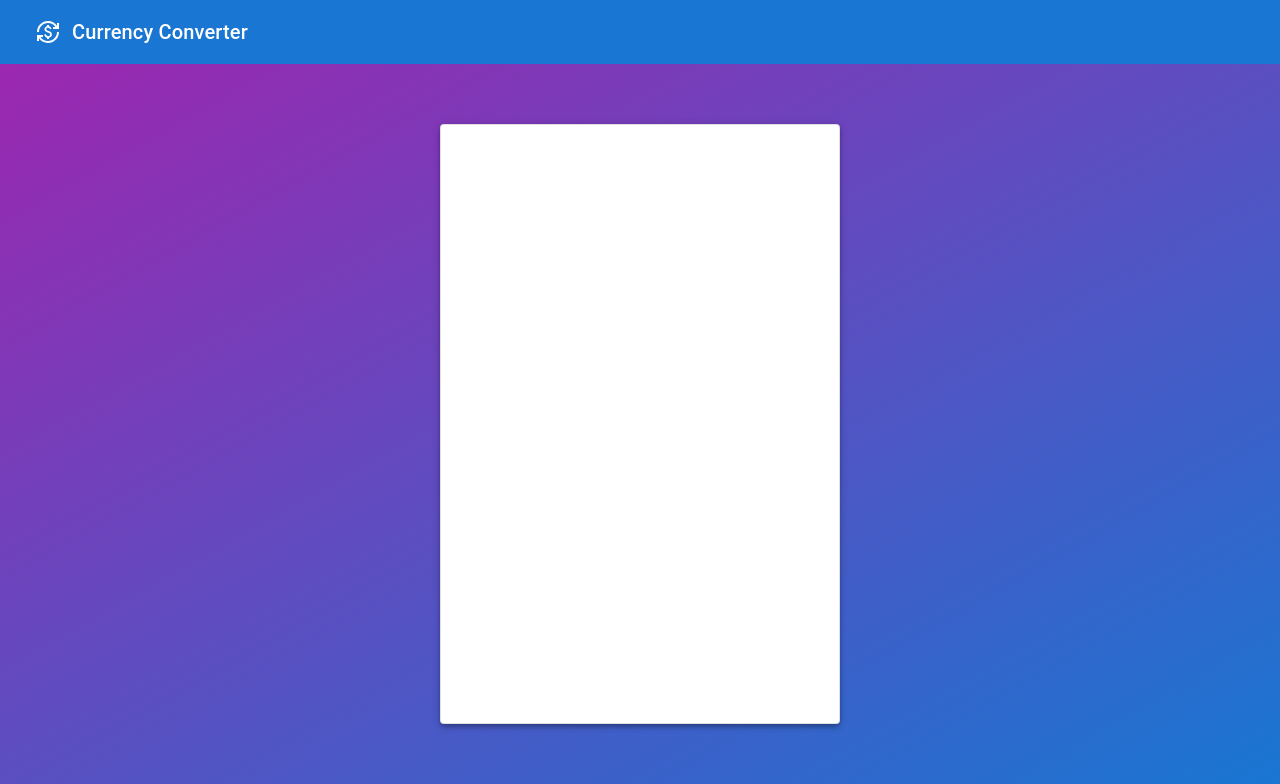
Repository: rutsguifd/currency-converter
Page: /
An editor plug-in stored every save of this project. The page is shown before and after the next save, followed by the edit.
The browser window is 1280 px wide. The pictures show the whole page.
The project was rebuilt for these pictures with package versions that can differ from the ones it lists, and the page was loaded fresh each time. Also part of the build but not shown: src/components/ErrorBoundary.jsx.

Above is the page before, as saved 2023-03-27 23:42:52.

### src/index.js
import { CssBaseline } from "@mui/material";
import React from "react";
import ReactDOM from "react-dom/client";
import { Provider } from "react-redux";
import { BrowserRouter } from "react-router-dom";
import App from "./App";
import { setupStore } from "./store";

const store = setupStore();

const root = ReactDOM.createRoot(document.getElementById("root"));
root.render(
  <Provider store={store}>
    <BrowserRouter>
      <CssBaseline>
        <App />
      </CssBaseline>
    </BrowserRouter>
  </Provider>
);

### src/App.js
import AppRouter from "./router/AppRouter";

function App() {
  return (
    <>
      <AppRouter />
    </>
  );
}

export default App;

### src/store/index.js
import { combineReducers, configureStore } from "@reduxjs/toolkit";
import { ConverterAPI } from "./ConverterService";

const rootReducer = combineReducers({
  [ConverterAPI.reducerPath]: ConverterAPI.reducer,
});

export const setupStore = () => {
  return configureStore({
    reducer: rootReducer,
    middleware: (getDefaultMiddleware) =>
      getDefaultMiddleware().concat(ConverterAPI.middleware),
  });
};

### src/router/AppRouter.jsx
import React from "react";
import { Route, Routes } from "react-router-dom";
import ErrorBoundary from "../components/ErrorBoundary";
import HomePage from "../pages/HomePage";

const AppRouter = () => {
  return (
    <Routes>
      <Route path="/" element={<HomePage />} />
      <Route path="/error" element={<ErrorBoundary />} />
    </Routes>
  );
};

export default AppRouter;

### src/store/ConverterService.js
import { createApi, fetchBaseQuery } from "@reduxjs/toolkit/dist/query/react";

const BASE_URL = "https://api.apilayer.com/exchangerates_data/";

const BASE_QUERY = fetchBaseQuery({
  baseUrl: BASE_URL,
  prepareHeaders: (headers) => {
    headers.set("apikey", "3yTPGVUhUYyAGGgNkKb2MySzxmY4qcWi");
    return headers;
  },
});

export const ConverterAPI = createApi({
  reducerPath: "ConverterAPI",
  baseQuery: BASE_QUERY,
  tagTypes: ["ConverterAPI"],
  endpoints: (build) => ({
    getLatestCurrency: build.query({
      query: ({ symbols, base }) => `latest?symbols=${symbols}&base=${base}`,
    }),
  }),
});

### src/pages/HomePage.jsx
import React from "react";
import ConvertContainer from "../components/ConvertContainer";
import MainLayout from "../layout/MainLayout";

const HomePage = () => {
  return (
    <MainLayout>
      <ConvertContainer />
    </MainLayout>
  );
};

export default HomePage;

### src/components/ConvertContainer.jsx
import { Container, useTheme } from "@mui/material";
import React from "react";
import Convert from "./Convert";

const ConvertContainer = () => {
  const theme = useTheme();

  return (
    <Container
      maxWidth={false}
      disableGutters
      sx={{
        display: "flex",
        justifyContent: "center",
        alignItems: "center",
        minHeight: "100vh",
        background: `linear-gradient(to right bottom, ${theme.palette.secondary.main},  ${theme.palette.primary.main})`,
      }}
    >
      <Convert />
    </Container>
  );
};

export default ConvertContainer;

### src/layout/MainLayout.jsx
import React from "react";
import Header from "../components/Header";

const MainLayout = ({ children }) => {
  return (
    <>
      <Header />
      {children}
    </>
  );
};

export default MainLayout;

### src/components/Convert.jsx
import { Paper } from "@mui/material";
import React from "react";

const Convert = () => {
  return (
    <Paper
      variant="outlined"
      sx={{
        p: 4,
        display: "flex",
        flexDirection: "column",
        alignItems: "center",
        justifyContent: "center",
        Width: "60vw",
        minWidth: "400px",
        height: "60vh",
        minHeight: "600px",
        gap: 4,
        boxShadow: 4,
      }}
    ></Paper>
  );
};

export default Convert;

### src/components/Header.jsx
import {
  AppBar,
  Box,
  CircularProgress,
  IconButton,
  Toolbar,
  Typography,
} from "@mui/material";
import CurrencyExchangeIcon from "@mui/icons-material/CurrencyExchange";
import EuroSymbolIcon from "@mui/icons-material/EuroSymbol";
import AttachMoneyIcon from "@mui/icons-material/AttachMoney";
import React from "react";
import { ConverterAPI } from "../store/ConverterService";
import { useNavigate } from "react-router-dom";

const Header = () => {
  const navigate = useNavigate();

  //   const {
  //     data: USDData,
  //     error: USDError,
  //     isLoading: USDLoading,
  //   } = ConverterAPI.useGetLatestCurrencyQuery({
  //     symbols: "UAH",
  //     base: "USD",
  //   });
  //   const {
  //     data: EURData,
  //     error: EURError,
  //     isLoading: EURLoading,
  //   } = ConverterAPI.useGetLatestCurrencyQuery({
  //     symbols: "UAH",
  //     base: "EUR",
  //   });
  //   if (USDError || EURError) {
  //     return navigate("/error");
  //   }
  return (
    <Box sx={{ flexGrow: 1 }}>
      <AppBar position="static">
        <Toolbar>
          <IconButton size="large" color="inherit">
            <CurrencyExchangeIcon />
          </IconButton>
          <Typography variant="h6" component="div" sx={{ flexGrow: 1 }}>
            Currency Converter
          </Typography>
          {/* <Box margin={2} display="flex" flexDirection="row">
            <EuroSymbolIcon />
            {EURLoading ? (
              <CircularProgress />
            ) : (
              <Typography>{EURData.rates.UAH}</Typography>
            )}
          </Box>
          <Box margin={2} display="flex" flexDirection="row">
            <AttachMoneyIcon />
            {USDLoading ? (
              <CircularProgress />
            ) : (
              <Typography>{USDData.rates.UAH}</Typography>
            )}
          </Box> */}
        </Toolbar>
      </AppBar>
    </Box>
  );
};

export default Header;

Loaded but not shown: public/index.html (common file)

After the next save:
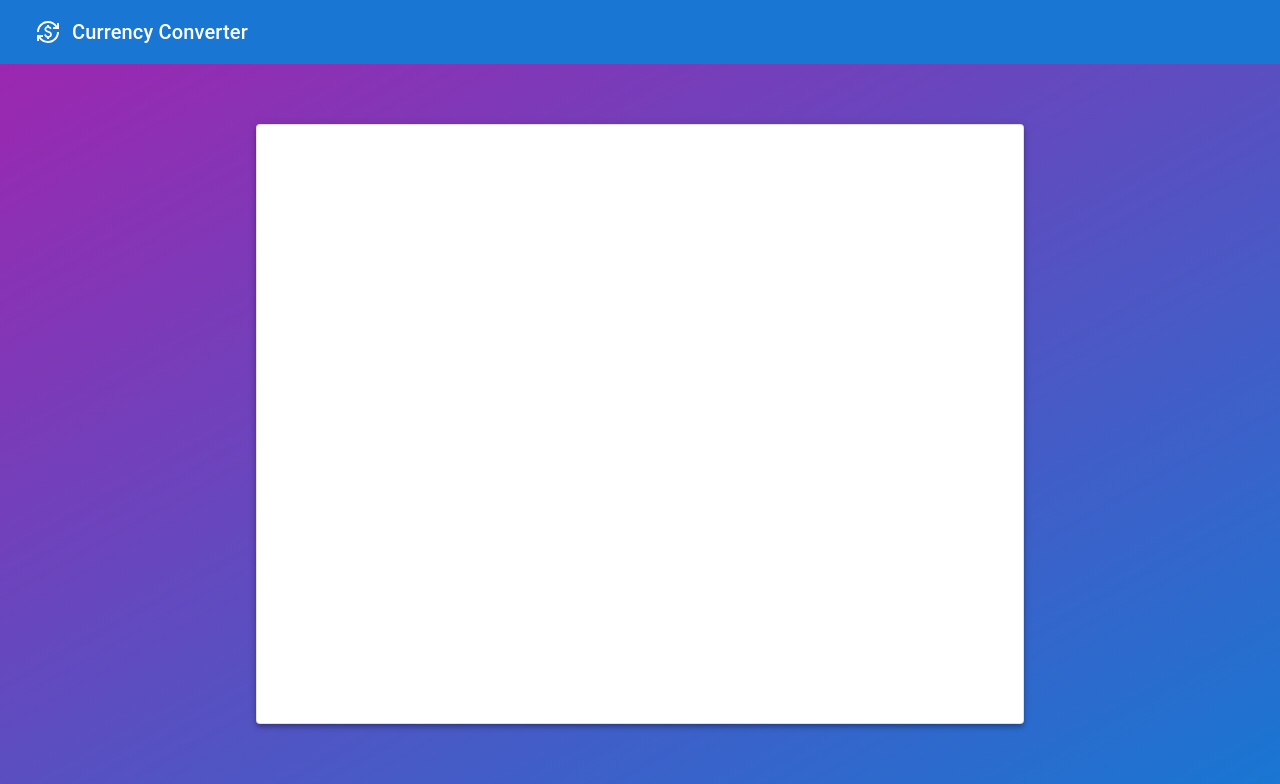
Saved 9 s later.
--- a/src/components/Convert.jsx
+++ b/src/components/Convert.jsx
@@ -11,7 +11,7 @@ const Convert = () => {
         flexDirection: "column",
         alignItems: "center",
         justifyContent: "center",
-        Width: "60vw",
+        width: "60vw",
         minWidth: "400px",
         height: "60vh",
         minHeight: "600px",
